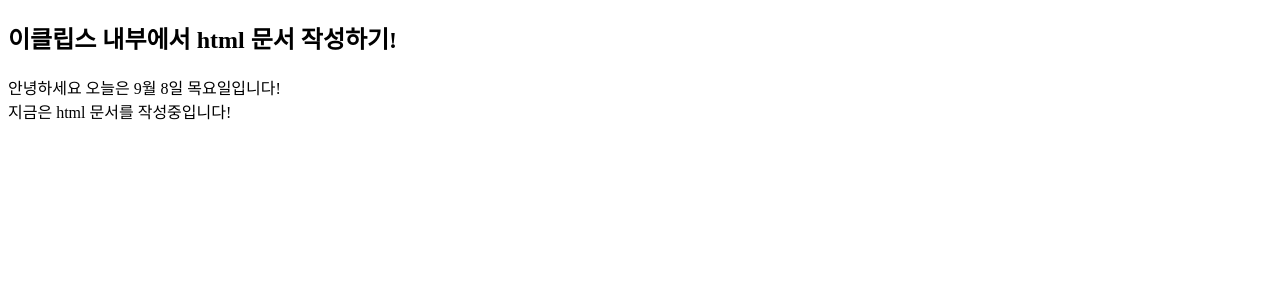
Repository: kitae1995/jsp-pratice
Page: JspBasic/src/main/webapp/hello.html
An editor plug-in stored every save of this project. The page is shown before and after the next save, followed by the edit.
The browser window is 1280 px wide. The pictures show the whole page.

Above is the page before, as saved 2023-09-08 07:45:19.

After the next save:
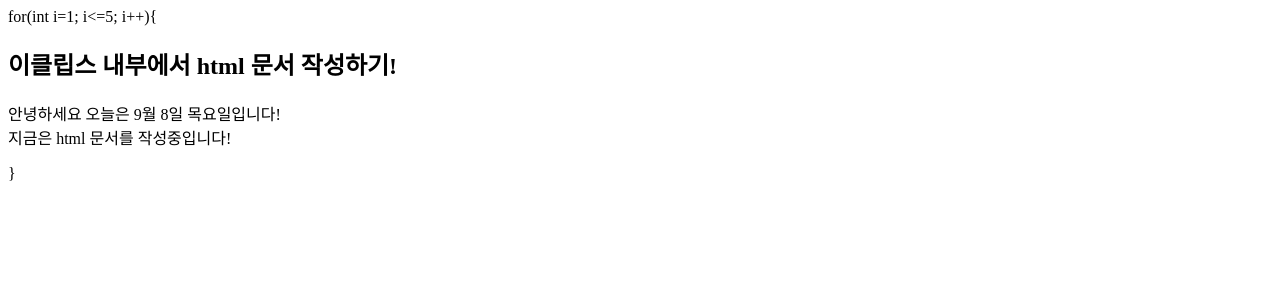
Saved 6 min 2 s later.
--- a/JspBasic/src/main/webapp/hello.html
+++ b/JspBasic/src/main/webapp/hello.html
@@ -6,11 +6,13 @@
 </head>
 <body>
 
+	for(int i=1; i<=5; i++){
 	<h2>이클립스 내부에서 html 문서 작성하기!</h2>
 	<p>
 	안녕하세요 오늘은 9월 8일 목요일입니다!<br>
 	지금은 html 문서를 작성중입니다!
 	</p>
+	}
 
 </body>
 </html>
